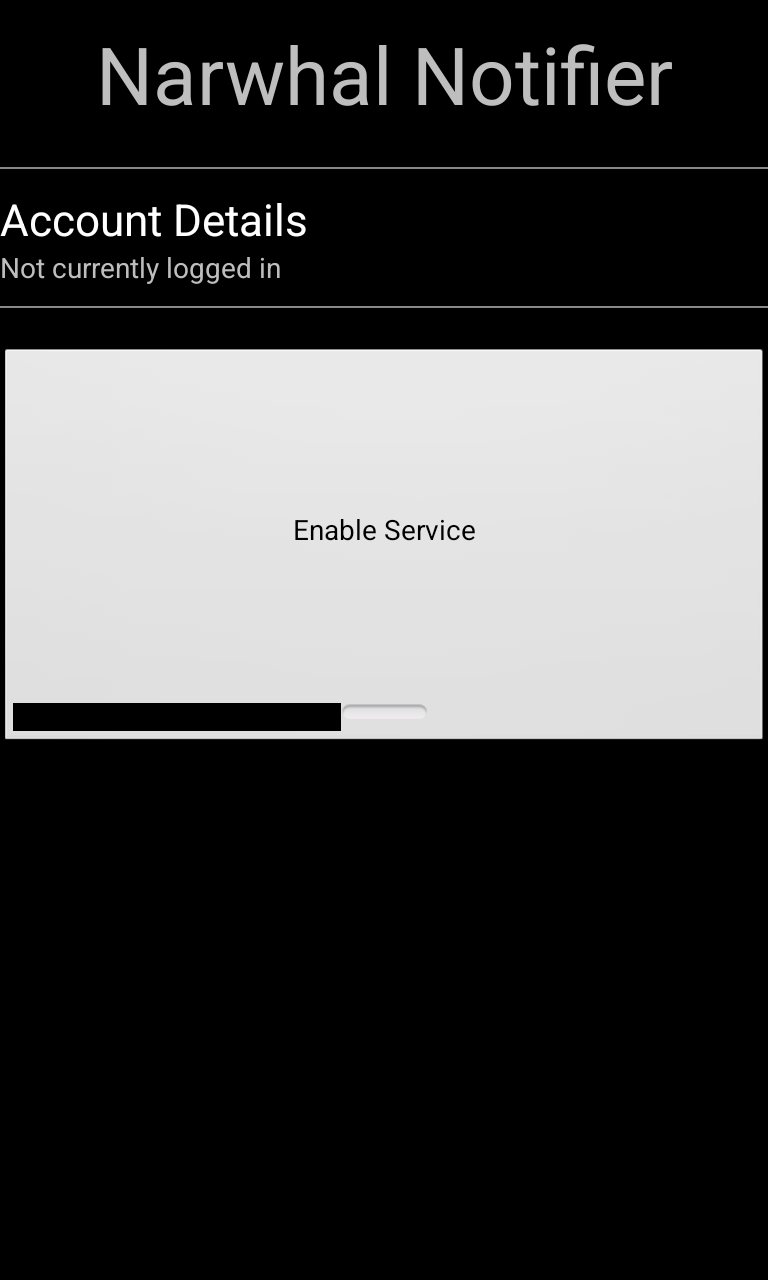
Repository: shawnbuso/NarwhalNotifier
Layout: Narwhal Notifier/res/layout/main.xml
An editor plug-in stored every save of this project. The layout is shown before and after the next save, followed by the edit.
It is drawn on a 768 x 1280 px phone screen (xhdpi) without system bars, with theme android:Theme; the app's code is not run.

Above is the layout before, as saved 2012-01-11 18:37:29.

### Narwhal Notifier/res/layout/main.xml
<?xml version="1.0" encoding="utf-8"?>
<LinearLayout xmlns:android="http://schemas.android.com/apk/res/android"
    android:layout_width="fill_parent"
    android:layout_height="fill_parent"
    android:orientation="vertical" >

    <TextView
        android:id="@+id/title"
        android:layout_width="fill_parent"
        android:layout_height="wrap_content"
        android:gravity="center_horizontal"
        android:text="@string/app_name"
		android:textSize="40dp"
		android:layout_marginTop="10dp"
		android:layout_marginBottom="10dp"/>

    <View
        android:id="@+id/separator"
        android:layout_width="fill_parent"
        android:layout_height="1dip"
        android:layout_alignParentTop="true"
        android:layout_centerVertical="true"
        android:background="#888888"
		android:layout_marginTop="10dp"
		android:layout_marginBottom="10dp"/>

    <include layout="@layout/list_item"
		android:layout_marginTop="10dp"
		android:layout_marginBottom="10dp"/>

    <View
        android:id="@id/separator"
        android:layout_width="fill_parent"
        android:layout_height="1dip"
        android:layout_alignParentTop="true"
        android:layout_centerVertical="true"
        android:background="#888888"
		android:layout_marginTop="10dp"
		android:layout_marginBottom="10dp"/>

    <ToggleButton
        android:id="@+id/serviceToggle"
        android:layout_width="fill_parent"
        android:layout_height="200dp"
        android:textOff="Enable Service"
        android:textOn="Disable Service"
		android:layout_marginTop="10dp"
		android:layout_marginBottom="10dp"/>

</LinearLayout>

### Narwhal Notifier/res/values/strings.xml
<?xml version="1.0" encoding="utf-8"?>
<resources>

    <string name="hello">Hello World, NarwhalNotifier!</string>
    <string name="app_name">Narwhal Notifier</string>

</resources>

### Narwhal Notifier/res/layout/list_item.xml
<?xml version="1.0" encoding="utf-8"?>
<LinearLayout xmlns:android="http://schemas.android.com/apk/res/android"
    android:layout_width="fill_parent"
    android:layout_height="wrap_content"
    android:orientation="vertical"
    android:id="@+layout/list_item" >

    <TextView
        android:id="@+id/textView1"
        android:layout_width="wrap_content"
        android:layout_height="wrap_content"
        android:text="Account Details"
        android:textAppearance="?android:attr/textAppearanceLarge" />

    <TextView
        android:id="@+id/textView2"
        android:layout_width="wrap_content"
        android:layout_height="wrap_content"
        android:text="Not currently logged in"
        android:textAppearance="?android:attr/textAppearanceSmall" />

</LinearLayout>

After the next save:
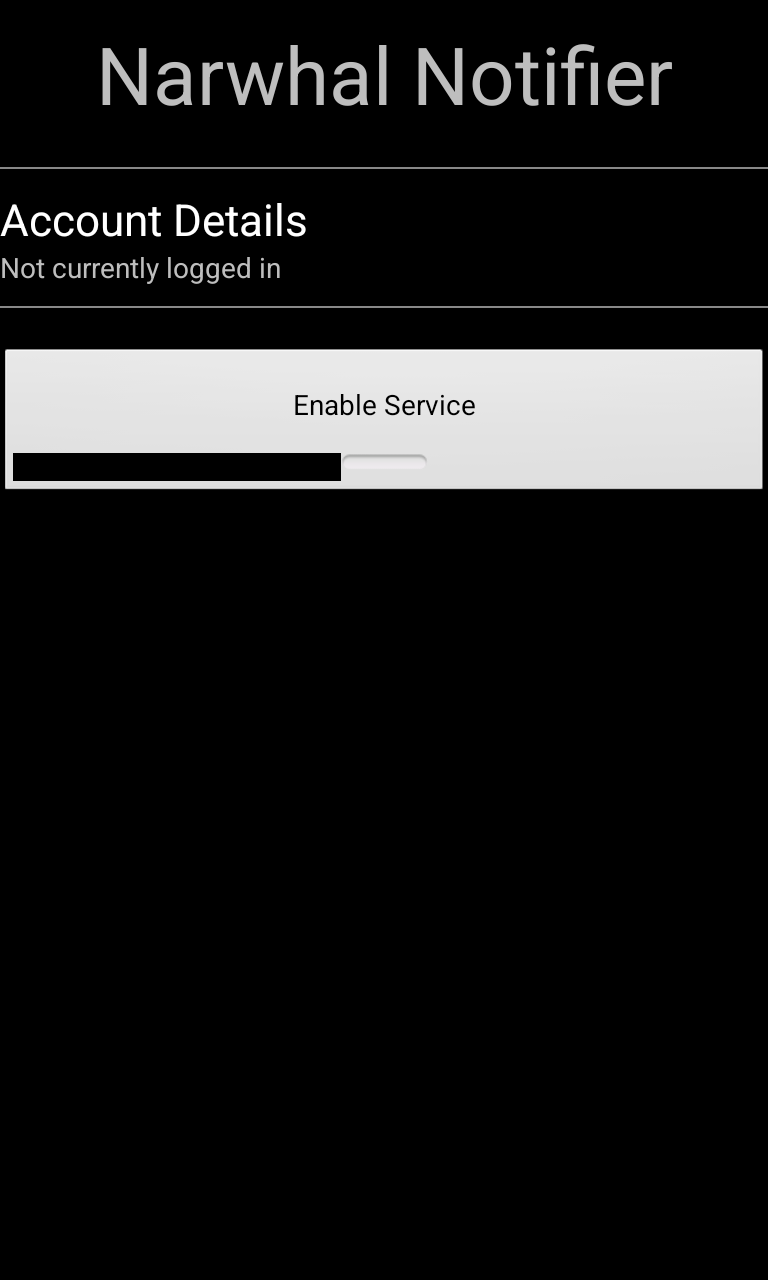
Saved 9 s later.
--- a/Narwhal Notifier/res/layout/main.xml
+++ b/Narwhal Notifier/res/layout/main.xml
@@ -41,7 +41,7 @@
     <ToggleButton
         android:id="@+id/serviceToggle"
         android:layout_width="fill_parent"
-        android:layout_height="200dp"
+        android:layout_height="75dp"
         android:textOff="Enable Service"
         android:textOn="Disable Service"
 		android:layout_marginTop="10dp"
